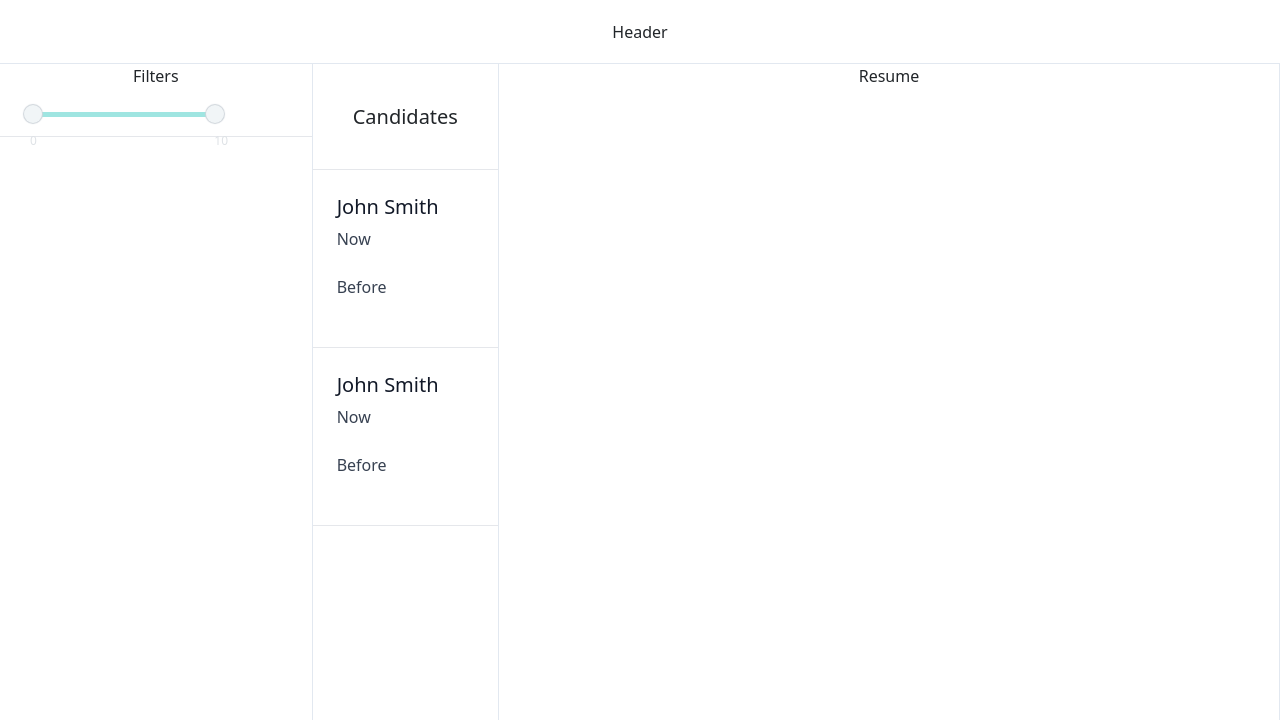
Repository: VictorJPimentel/Resume-Matcher
Page: / (app in frontend/)
An editor plug-in stored every save of this project. The page is shown before and after the next save, followed by the edit.
The browser window is 1280 px wide. The pictures show the whole page.
The project was rebuilt for these pictures with package versions that can differ from the ones it lists, and the page was loaded fresh each time. Also part of the build but not shown: frontend/src/components/FileUpload.jsx.

Above is the page before, as saved 2022-08-09 21:44:55.

### frontend/src/App.jsx
import axios from "axios";
import React, { useEffect, useState } from "react";
import "./App.css";
import "bootstrap/dist/css/bootstrap.min.css";
import "../node_modules/bootstrap/dist/css/bootstrap.min.css";
import "bootstrap/dist/css/bootstrap.min.css";
import { useDropzone } from "react-dropzone";
import { Routes, Route, useLocation } from "react-router-dom";
import Home from "./pages/Home";

import FileUpload from "./components/FileUpload";

function App() {
  // const [ name, setName ] = useState("")
  // const [home, setHome] = useState("")
  const [keywords, setKey] = useState("");
  const [database, setDatabase] = useState("");

  // useEffect(() => {
  //   axios.get("http://localhost:4000/keywords").then(function (response) {
  //     setKey(response.data);
  //   });
  // });

  // useEffect(() => {
  //   axios.get("http://localhost:4000/database").then(function (response) {
  //     setDatabase(response.data);
  //   });
  // });

  // useEffect(() => {
  //   axios.get("http://localhost:4000/home").then(function(response){
  //     setHome(response.data)
  //   })
  // })

  // async function postName(e) {
  // 	e.preventDefault()
  // 	try {
  // 		await axios.post("http://localhost:4000/post_name", {
  // 			name
  // 		})
  // 	} catch (error) {
  // 		console.error(error)
  // 	}
  // }

  // /* <form onSubmit={postName}>
  //                       <input type="text" value={name} onChange={(e) => setName(e.target.value)} />
  //                       <button type="submit">Send Name</button>
  //                   </form> */

  const [files, setFiles] = useState([]);

  const { getRootProps, getInputProps } = useDropzone({
    accept: "image/*",
  });

  const images = files.map((file) => (
    <div key={file.name}>
      <div>
        <img src={file.preview} style={{ width: "200px" }} alt="preview" />
      </div>
    </div>
  ));

  return (
    <>
      <Routes>
        <Route exact path="/" element={<Home />} />
      </Routes>
    </>
  );
}

export default App;

### frontend/src/pages/Home.jsx
import React, { useState } from "react";

// import Sidebar from "../partials/Sidebar";
import Header from "../components/Header";
import Filter from "../components/Filters";
import Candidates from "../components/Candidates";
import Resume from "../components/Resume";
// import WelcomeBanner from "../partials/dashboard/WelcomeBanner";

function Home() {
  return (
    <div className="flex h-screen overflow-hidden">
      <div className="relative flex flex-col flex-1 overflow-y-auto overflow-x-hidden">
        {/*  Site header */}
        <Header />

        <main className="flex h-screen">
          <Filter />
          <Candidates />
          <Resume />
        </main>
      </div>
    </div>
  );
}

export default Home;

### frontend/src/components/Header.jsx
import React, { useState } from "react";

function Header() {
  return (
    <header className="top-0 bg-white border-b border-slate-200 z-30 w-full h-16">
      <div className="h-16 text-center content-center">Header</div>
    </header>
  );
}

export default Header;

### frontend/src/components/Filters.jsx
import React, { useState, useEffect, useRef } from "react";
import { NavLink, useLocation } from "react-router-dom";
// import MultiRangeSlider from "multi-range-slider-react";
import MultiRangeSlider from "./multiRangeSlider/MultiRangeSlider";

function Filter() {
  const [minValue, set_minValue] = useState(0);
  const [maxValue, set_maxValue] = useState(10);
  const handleInput = (e) => {
    set_minValue(e.minValue);
    set_maxValue(e.maxValue);
  };

  return (
    <div
      className="flex flex-col z-40 left-0 top-0 h-full no-scrollbar w-2/5 border-r border-slate-200
      text-center "
    >
      Filters
      <MultiRangeSlider
        min={0}
        max={10}
        onChange={({ min, max }) => console.log(`min = ${min}, max = ${max}`)}
      />
    </div>
  );
}

export default Filter;

### frontend/src/components/Candidates.jsx
import React, { useState, useEffect, useRef } from "react";

function Candidates() {
  return (
    <div
      className="flex flex-col z-40 left-0 top-0 h-full no-scrollbar w-1/5 border-r border-slate-200
      "
    >
      <div className="border-b text-xl leading-tight font-medium p-10 text-center">
        {" "}
        Candidates
      </div>
      <div class="flex border-b bg-white-100 hover:bg-gray-300">
        <div class="block p-6">
          <h5 class="text-gray-900 text-xl leading-tight font-medium">
            John Smith
          </h5>
          <p class="text-gray-700 text-base mb-4">Now</p>
          <p class="text-gray-700 text-base mb-4">Before</p>
        </div>
      </div>
      <div class="flex  bg-white border-b">
        <div class="block p-6">
          <h5 class="text-gray-900 text-xl leading-tight font-medium">
            John Smith
          </h5>
          <p class="text-gray-700 text-base mb-4">Now</p>
          <p class="text-gray-700 text-base mb-4">Before</p>
        </div>
      </div>
    </div>
  );
}

export default Candidates;

### frontend/src/components/Resume.jsx
import React, { useState, useEffect, useRef } from "react";

function Resume() {
  return (
    <div
      className="flex flex-col z-40 left-0 top-0 h-full no-scrollbar w-full border-r border-slate-200
      text-center "
    >
      Resume
    </div>
  );
}

export default Resume;

### frontend/src/components/multiRangeSlider/MultiRangeSlider.jsx
import React, { useCallback, useEffect, useState, useRef } from "react";
import PropTypes from "prop-types";
import "./multiRangeSlider.css";

const MultiRangeSlider = ({ min, max, onChange }) => {
  const [minVal, setMinVal] = useState(min);
  const [maxVal, setMaxVal] = useState(max);
  const minValRef = useRef(min);
  const maxValRef = useRef(max);
  const range = useRef(null);

  // Convert to percentage
  const getPercent = useCallback(
    (value) => Math.round(((value - min) / (max - min)) * 100),
    [min, max]
  );

  // Set width of the range to decrease from the left side
  useEffect(() => {
    const minPercent = getPercent(minVal);
    const maxPercent = getPercent(maxValRef.current);

    if (range.current) {
      range.current.style.left = `${minPercent}%`;
      range.current.style.width = `${maxPercent - minPercent}%`;
    }
  }, [minVal, getPercent]);

  // Set width of the range to decrease from the right side
  useEffect(() => {
    const minPercent = getPercent(minValRef.current);
    const maxPercent = getPercent(maxVal);

    if (range.current) {
      range.current.style.width = `${maxPercent - minPercent}%`;
    }
  }, [maxVal, getPercent]);

  // Get min and max values when their state changes
  useEffect(() => {
    onChange({ min: minVal, max: maxVal });
  }, [minVal, maxVal, onChange]);

  return (
    <div class="flex border-b bg-white-100 p-6 items-center">
      <input
        type="range"
        min={min}
        max={max}
        value={minVal}
        onChange={(event) => {
          const value = Math.min(Number(event.target.value), maxVal - 1);
          setMinVal(value);
          minValRef.current = value;
        }}
        className="thumb thumb--left"
        style={{ zIndex: minVal > max - 100 && "5" }}
      />

      <input
        type="range"
        min={min}
        max={max}
        value={maxVal}
        onChange={(event) => {
          const value = Math.max(Number(event.target.value), minVal + 1);
          setMaxVal(value);
          maxValRef.current = value;
        }}
        className="thumb thumb--right"
      />

      <div className="slider">
        <div className="slider__track" />
        <div ref={range} className="slider__range" />
        <div className="slider__left-value">{minVal}</div>
        <div className="slider__right-value">{maxVal}</div>
      </div>
    </div>
  );
};

MultiRangeSlider.propTypes = {
  min: PropTypes.number.isRequired,
  max: PropTypes.number.isRequired,
  onChange: PropTypes.func.isRequired,
};

export default MultiRangeSlider;

### frontend/src/components/multiRangeSlider/multiRangeSlider.css
.container {
  display: flex;
}

.slider {
  position: relative;
  width: 200px;
}

.slider__track,
.slider__range,
.slider__left-value,
.slider__right-value {
  position: absolute;
}

.slider__track,
.slider__range {
  border-radius: 3px;
  height: 5px;
}

.slider__track {
  background-color: #ced4da;
  width: 100%;
  z-index: 1;
}

.slider__range {
  background-color: #9fe5e1;
  z-index: 2;
}

.slider__left-value,
.slider__right-value {
  color: #dee2e6;
  font-size: 12px;
  margin-top: 20px;
}

.slider__left-value {
  left: 6px;
}

.slider__right-value {
  right: -4px;
}

/* Removing the default appearance */
.thumb,
.thumb::-webkit-slider-thumb {
  -webkit-appearance: none;
  -webkit-tap-highlight-color: transparent;
}

.thumb {
  pointer-events: none;
  position: absolute;
  height: 0;
  width: 200px;
  outline: none;
}

.thumb--left {
  z-index: 3;
}

.thumb--right {
  z-index: 4;
}

/* For Chrome browsers */
.thumb::-webkit-slider-thumb {
  background-color: #f1f5f7;
  border: none;
  border-radius: 50%;
  box-shadow: 0 0 1px 1px #ced4da;
  cursor: pointer;
  height: 18px;
  width: 18px;
  margin-top: 4px;
  pointer-events: all;
  position: relative;
}

/* For Firefox browsers */
.thumb::-moz-range-thumb {
  background-color: #f1f5f7;
  border: none;
  border-radius: 50%;
  box-shadow: 0 0 1px 1px #ced4da;
  cursor: pointer;
  height: 18px;
  width: 18px;
  margin-top: 4px;
  pointer-events: all;
  position: relative;
}

Loaded but not shown: frontend/public/index.html (common file); frontend/src/index.js (common file); frontend/src/index.css (common file); frontend/src/reportWebVitals.js (common file); frontend/src/App.css (common file); frontend/tailwind.config.js (common file)

After the next save:
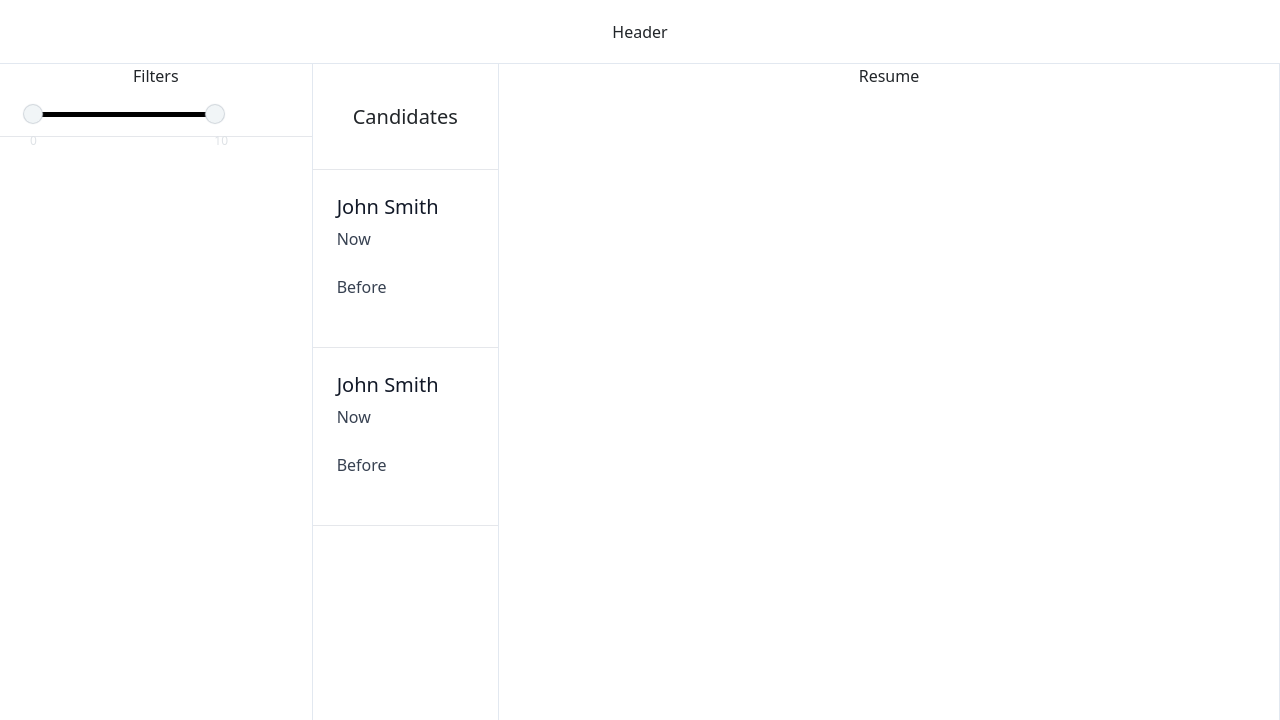
Saved 14 s later.
--- a/frontend/src/components/multiRangeSlider/multiRangeSlider.css
+++ b/frontend/src/components/multiRangeSlider/multiRangeSlider.css
@@ -27,7 +27,7 @@
 }
 
 .slider__range {
-  background-color: #9fe5e1;
+  background-color: black;
   z-index: 2;
 }
 
